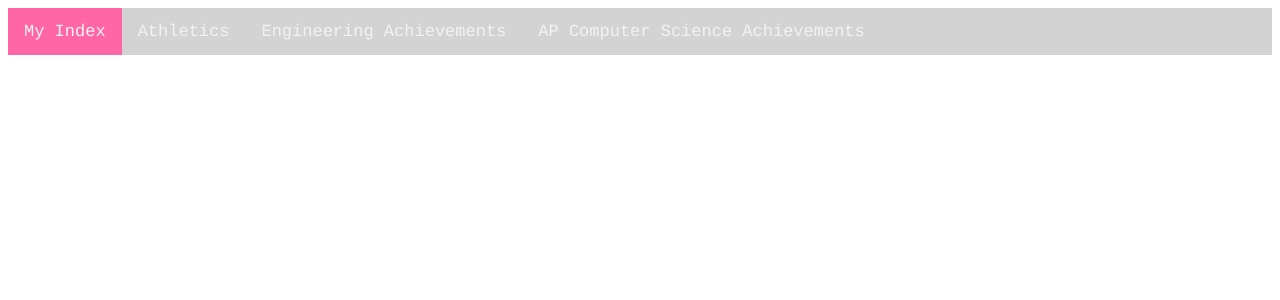
Repository: jacobsirois/jacobsirois.github.io
Page: Test.html
The author's editor kept a record of every edit. The page is drawn from the files as they stood at one moment, then again after the next edit.
The browser window is 1280 px wide. The pictures show the whole page.

Above is the page before.
Not found: index.css

After the next edit:
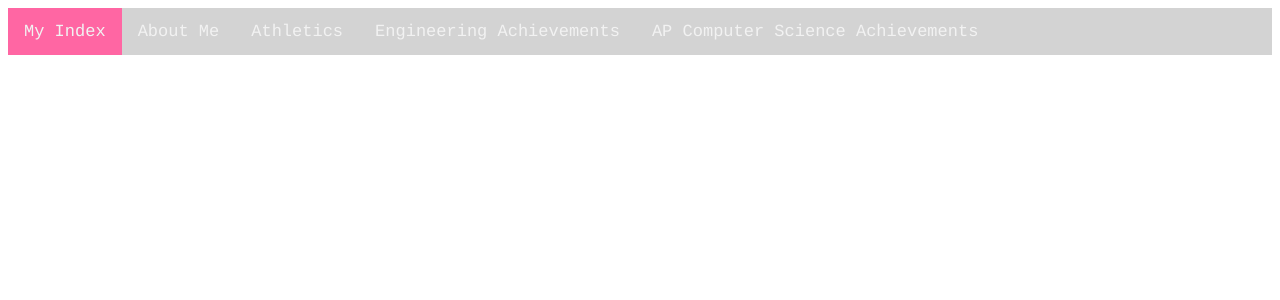
The edit:
--- a/Test.html
+++ b/Test.html
@@ -71,6 +71,7 @@
 
 <div class="topnav" id="myTopnav">
   <a href="index.html" class="active">My Index</a>
+  <a href="aboutme.html">About Me</a>
   <a href="athletics.html">Athletics</a>
   <a href="engineering.html">Engineering Achievements</a>
   <a href="compsci.html">AP Computer Science Achievements</a>
